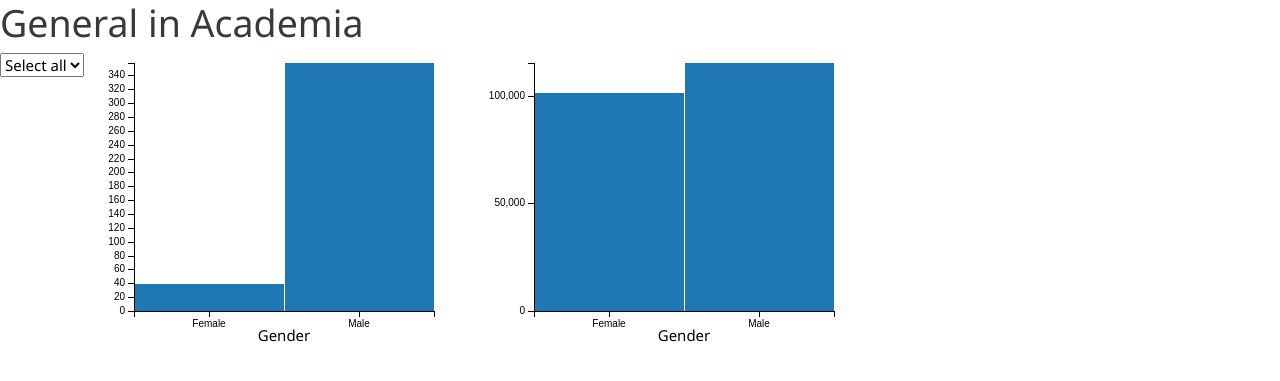
Repository: Skillabill/dashboard
Page: index.html
The author's editor kept a record of every edit. The page is drawn from the files as they stood at one moment, then again after the next edit.
The browser window is 1280 px wide. The pictures show the whole page.

Above is the page before.

### index.html
<!DOCTYPE html>
<html lang="en">
<head>
    <meta charset="UTF-8">
    <meta name="viewport" content="width=device-width, initial-scale=1.0">
    <meta http-equiv="X-UA-Compatible" content="ie=edge">
    <title>General in Academia</title>

    <link rel="stylesheet" href="static/css/bootstrap.min.css" type="text/css" />
    <link rel="stylesheet" href="static/css/dc.min.css" type="text/css" />

    <script type="text/javascript" src="static/js/d3.min.js"></script>
    <script type="text/javascript" src="static/js/crossfilter.min.js"></script>
    <script type="text/javascript" src="static/js/dc.min.js"></script>
    <script type="text/javascript" src="static/js/queue.min.js"></script>
    <script type="text/javascript" src="static/js/graph.js"></script>
</head>
<body>
    <h1>General in Academia</h1>

    <div id = "discipline-selector"></div>

    <div id="gender-balance"></div>

    <div id = "average-salary"></div>

    <div id = "rank-distribution"></div>
</body>
</html>

### static/js/graph.js
queue()
    .defer(d3.csv, "data/Salaries.csv")
    .await(makeGraphs);

function makeGraphs(error, salaryData) {
    var ndx = crossfilter(salaryData);

    salaryData.forEach(function(d){
        d.salary = parseInt(d.salary);
    })

    show_discipline_selector(ndx);
    show_gender_balance(ndx);
    show_average_salaries(ndx);
    show_rank_distribution(ndx);

    dc.renderAll();
}

function show_discipline_selector(ndx){
    dim = ndx.dimension(dc.pluck('discipline'));
    group = dim.group()

    dc.selectMenu("#discipline-selector")
    .dimension(dim)
    .group(group);
}

function show_gender_balance(ndx){
    var dim = ndx.dimension(dc.pluck('sex'));
    var group = dim.group();

    dc.barChart("#gender-balance")
        .width(400)
        .height(300)
        .margins({top: 10, right: 50, bottom: 30, left: 50})
        .dimension(dim)
        .group(group)
        .transitionDuration(500)
        .x(d3.scale.ordinal())
        .xUnits(dc.units.ordinal)
        .xAxisLabel("Gender")
        .yAxis().ticks(20);
}


function show_average_salaries(ndx){
    var dim = ndx.dimension(dc.pluck('sex'));

    function add_item(p, v){
       p.count++;
       p.total += v.salary;
       p.average = p.total / p.count;
       return p;
    }

    function remove_item(p, v){
        p.count --;
        if(p.count == 0){
            p.total = 0;
            p.average = 0;
        } else {
        p.total -= v.salary;
        p.average = p.total / p.count;
    }
    return p;
}

    function initialise(){
        return {count: 0, total: 0, average: 0};
    }

    var averageSalaryByGender = dim.group().reduce(add_item, remove_item, initialise);

    dc.barChart("#average-salary")
        .width(400)
        .height(300)
        .margins({top: 10, right: 50, bottom: 30, left: 50})
        .dimension(dim)
        .group(averageSalaryByGender)
        .valueAccessor(function(d){
            return d.value.average.toFixed(2);
        })
        .transitionDuration(500)
        .x(d3.scale.ordinal())
        .xUnits(dc.units.ordinal)
        .elasticY(true)
        .xAxisLabel("Gender")
        .yAxis().ticks(4);
}

function show_rank_distribution(ndx){
    var dim = ndx.dimension(dc.pluck("sex"));

    var profByGender = dim.group().reduce(
        function(p, v) {
            p.total++;
            if(v.rank == "Prof") {
                p.match++;
            }
            return p;
        },
        function(p, v) {
            p.total--;
            if(v.rank == "Prof"){
                p.match--;
            }
            return p;
        },
        function () {
            return {total: 0, match: 0};
        })
}

Loaded but not shown: static/css/bootstrap.min.css (library); static/css/dc.min.css (library); static/js/d3.min.js (library); static/js/crossfilter.min.js (library); static/js/dc.min.js (library); static/js/queue.min.js (common file)

After the next edit:
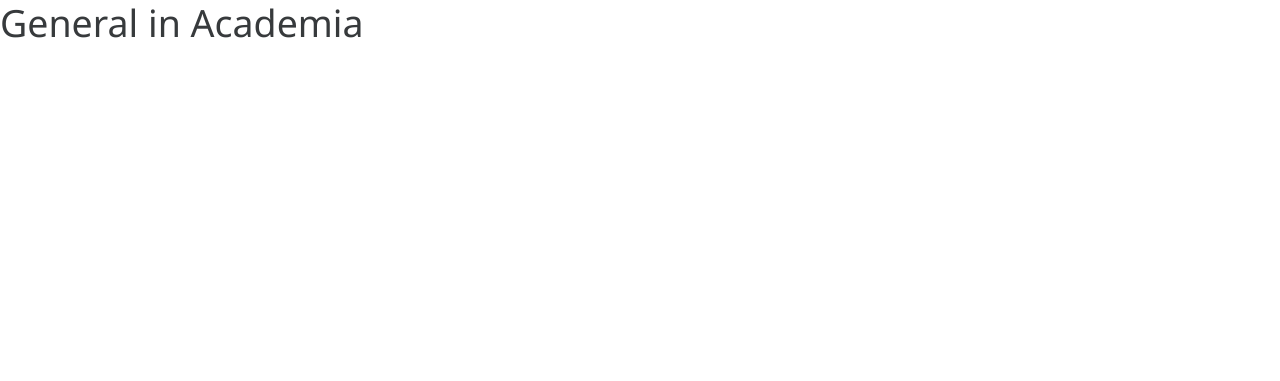
Console error: ReferenceError: rankByGender is not defined
The edit:
--- a/static/js/graph.js
+++ b/static/js/graph.js
@@ -109,5 +109,10 @@
         },
         function () {
             return {total: 0, match: 0};
-        })
+        }
+    );
+
+    var asstProfByGender = rankByGender(dim, "AsstProf");
+    var asstProfByGender = rankByGender(dim, "AsstProf");
+    var asstProfByGender = rankByGender(dim, "AsstProf");
 }

After the 5 edits that followed:
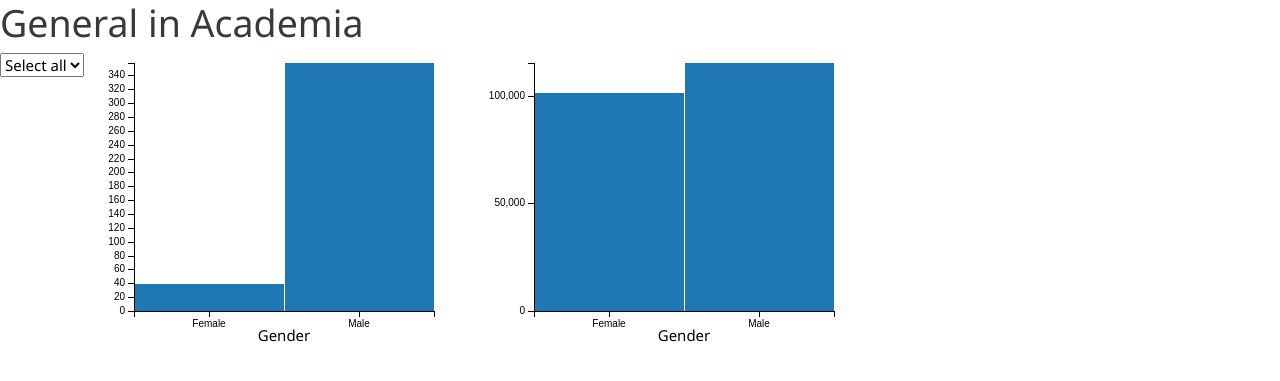
The error is gone.
The 5 edits are shown as one change because 4 left the picture as it was.
The edit:
--- a/static/js/graph.js
+++ b/static/js/graph.js
@@ -5,7 +5,7 @@
 function makeGraphs(error, salaryData) {
     var ndx = crossfilter(salaryData);
 
-    salaryData.forEach(function(d){
+    salaryData.forEach(function(d) {
         d.salary = parseInt(d.salary);
     })
 
@@ -17,23 +17,23 @@
     dc.renderAll();
 }
 
-function show_discipline_selector(ndx){
+function show_discipline_selector(ndx) {
     dim = ndx.dimension(dc.pluck('discipline'));
     group = dim.group()
 
     dc.selectMenu("#discipline-selector")
-    .dimension(dim)
-    .group(group);
+        .dimension(dim)
+        .group(group);
 }
 
-function show_gender_balance(ndx){
+function show_gender_balance(ndx) {
     var dim = ndx.dimension(dc.pluck('sex'));
     var group = dim.group();
 
     dc.barChart("#gender-balance")
         .width(400)
         .height(300)
-        .margins({top: 10, right: 50, bottom: 30, left: 50})
+        .margins({ top: 10, right: 50, bottom: 30, left: 50 })
         .dimension(dim)
         .group(group)
         .transitionDuration(500)
@@ -44,30 +44,31 @@
 }
 
 
-function show_average_salaries(ndx){
+function show_average_salaries(ndx) {
     var dim = ndx.dimension(dc.pluck('sex'));
 
-    function add_item(p, v){
-       p.count++;
-       p.total += v.salary;
-       p.average = p.total / p.count;
-       return p;
+    function add_item(p, v) {
+        p.count++;
+        p.total += v.salary;
+        p.average = p.total / p.count;
+        return p;
     }
 
-    function remove_item(p, v){
-        p.count --;
-        if(p.count == 0){
+    function remove_item(p, v) {
+        p.count--;
+        if (p.count == 0) {
             p.total = 0;
             p.average = 0;
-        } else {
-        p.total -= v.salary;
-        p.average = p.total / p.count;
+        }
+        else {
+            p.total -= v.salary;
+            p.average = p.total / p.count;
+        }
+        return p;
     }
-    return p;
-}
 
-    function initialise(){
-        return {count: 0, total: 0, average: 0};
+    function initialise() {
+        return { count: 0, total: 0, average: 0 };
     }
 
     var averageSalaryByGender = dim.group().reduce(add_item, remove_item, initialise);
@@ -75,10 +76,10 @@
     dc.barChart("#average-salary")
         .width(400)
         .height(300)
-        .margins({top: 10, right: 50, bottom: 30, left: 50})
+        .margins({ top: 10, right: 50, bottom: 30, left: 50 })
         .dimension(dim)
         .group(averageSalaryByGender)
-        .valueAccessor(function(d){
+        .valueAccessor(function(d) {
             return d.value.average.toFixed(2);
         })
         .transitionDuration(500)
@@ -89,30 +90,52 @@
         .yAxis().ticks(4);
 }
 
-function show_rank_distribution(ndx){
+function show_rank_distribution(ndx) {
     var dim = ndx.dimension(dc.pluck("sex"));
 
     var profByGender = dim.group().reduce(
         function(p, v) {
             p.total++;
-            if(v.rank == "Prof") {
+            if (v.rank == "Prof") {
                 p.match++;
             }
             return p;
         },
         function(p, v) {
             p.total--;
-            if(v.rank == "Prof"){
+            if (v.rank == "Prof") {
                 p.match--;
             }
             return p;
         },
-        function () {
-            return {total: 0, match: 0};
+        function() {
+            return { total: 0, match: 0 };
         }
     );
 
+    function rankByGender(dimension, rank) {
+        return dimension.group().reduce(
+            function(p, v) {
+                p.total++;
+                if (v.rank == rank) {
+                    p.match++;
+                }
+                return p;
+            },
+            function(p, v) {
+                p.total--;
+                if (v.rank == rank) {
+                    p.match--;
+                }
+                return p;
+            },
+            function() {
+                return { total: 0, match: 0 };
+            }
+        );
+    }
+
+    var ProfByGender = rankByGender(dim, "Prof");
     var asstProfByGender = rankByGender(dim, "AsstProf");
-    var asstProfByGender = rankByGender(dim, "AsstProf");
-    var asstProfByGender = rankByGender(dim, "AsstProf");
+    var assocProfByGender = rankByGender(dim, "AssocProf");
 }
